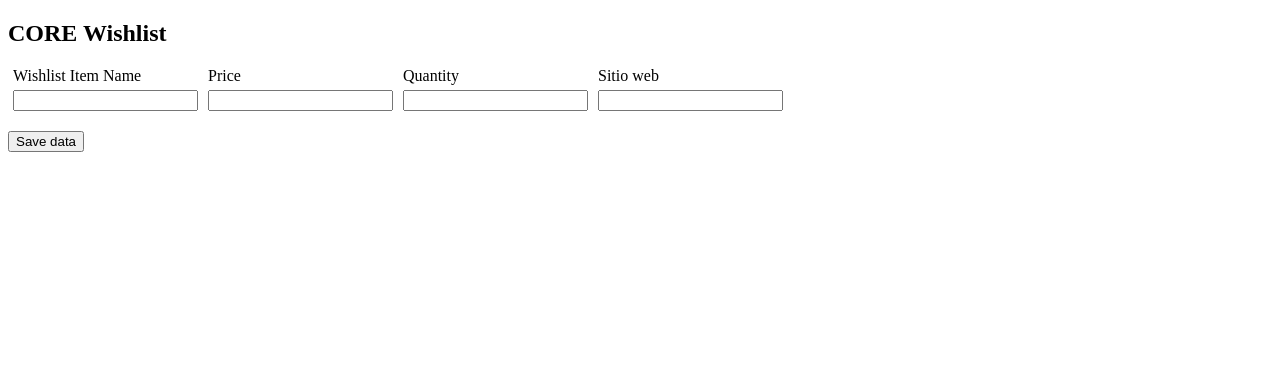
Repository: MrGPalo/pair-programming-corecode
Page: /
These files come from the project's save history. The page is drawn as it stood at one moment and after the next save; the edit follows.
The browser window is 1280 px wide. The pictures show the whole page.
The project was rebuilt for these pictures with package versions that can differ from the ones it lists, and the page was loaded fresh each time.

Above is the page before, as saved 2022-02-08 17:00:32.

### index.html
<!DOCTYPE html>
<html lang="en">
<head>
    <meta charset="UTF-8">
    <meta http-equiv="X-UA-Compatible" content="IE=edge">
    <meta name="viewport" content="width=device-width, initial-scale=1.0">
    <title>CORE Wishlist</title>
</head>
<body>
    <div id="root"></div>
    <script type="module" src="src/index.tsx"></script>
</body>
</html>

### src/index.tsx
import React from 'react';
import ReactDom from 'react-dom';
import {App} from './components/App';

ReactDom.render(<App/>, document.getElementById("root"));

### src/components/App.tsx
import React from "react";
import { AddItemForm } from "./forms/AddItemForm"
import { ItemsProvider } from "../hooks/useItems"

export const App = () => {
  return (
    <div>
      <h2>CORE Wishlist</h2>
      <ItemsProvider>
        <AddItemForm />
      </ItemsProvider>
    </div>
  );
};

### src/components/forms/AddItemForm.tsx
import React, { useState } from 'react';
import styled from 'styled-components';
import { useForm } from 'react-hook-form';
import { ItemsList } from '../ItemsList';
import { validate_url } from '../../lib/validate_url';

const GridForm = styled.div`
  display: flex;
  & > div {
    padding: 0 5px;
    p {
      margin: 0 0 5px 0;
    }
  }
`;

const ErrorMessageText = styled.p`
  margin: 0;
  color: red;
`;

const ErrorMessage = ({ field, state }) => {
  if (state.errors[field]) {
    return <ErrorMessageText>{state.errors[field].message}</ErrorMessageText>;
  } else {
    return <></>;
  }
};

export const AddItemForm = () => {
  const { register, handleSubmit, formState, reset, getValues } = useForm();

  const submit = handleSubmit(async (data) => {
    console.log('SUBMITING FORM', data);
    //reset()
  });

  return (
    <form onSubmit={submit}>
      <GridForm>
        <div>
          <p>Wishlist Item Name</p>
          <input
            type="text"
            {...register('item', { required: 'Indica el nombre del artículo' })}
          />
          <ErrorMessage state={formState} field="item" />
        </div>
        <div>
          <p>Price</p>
          <input
            type="number"
            {...register('price', {
              required: 'Indica el precio del artículo',
            })}
          />
          <ErrorMessage state={formState} field="price" />
        </div>
        <div>
          <p>Quantity</p>
          <input
            type="number"
            {...register('quantity', {
              required: 'Indica la cantidad del artículo',
            })}
          />
          <ErrorMessage state={formState} field="quantity" />
        </div>
        <div>
          <p>Sitio web</p>
          <input
            type="url"
            {...register('web', { required: 'Indica la web del artículo' })}
          />
          <ErrorMessage state={formState} field="web" />
        </div>
      </GridForm>
      <div style={{ marginTop: 20 }}>
        <button
          onClick={() => {
            const values = getValues();
            console.log('Values', values);
            validate_url(values.web);
          }}
        >
          Save data
        </button>
      </div>
    </form>
  );
};

### src/hooks/useItems.tsx
import React, { useState, useContext } from "react";
import { v4 as uuidv4 } from "uuid"; // IMPORTANTE

const ItemsContext = React.createContext();

export const useItems = () => {
  const { items, addItem } = useContext(ItemsContext);
  const hasItem = (itm) => {
    items.filter((e) => e.item === itm).length > 0
  }

  return {
    items,
    add_item: (item) => { },
    clear: () => { },
    delete_item: (id: string) => { },
  };
};

export const ItemsProvider: React.FC<{ children: React.Node }> = ({
  children,
}) => {
  const [items, setItems] = useState([]);
  const addItem = (item) => {
    console.log('Adding item', item);
    setItems([...items, item]);
  };

  return (
    <ItemsContext.Provider value={{ items, addItem }}>
      {children}
    </ItemsContext.Provider>
  );
};

### src/lib/validate_url.ts
import axios from "axios"; // IMPORTANTE

export const validate_url = async (url: string): Promise<boolean> => {
  try {
    axios.get(url);
    return true;
  }
  catch (error) {
    return false;
  }
};

### src/components/ItemsList.tsx
import React from 'react';
import styled from 'styled-components';
import { v4 as uuidv4 } from 'uuid';

const Box = styled.div`
  border: 1px solid red;
  padding: 10px;
  margin: 5px 0;
  p {
    margin: 0;
  }
`;

export const Item = ({ item: { id, item, price, quantity, web } }) => {
  return (
    <Box>
      <p>
        <b>Item name:</b> {item} (id:{(id = uuidv4())})
      </p>
      <p>
        <b>Price:</b> {price}
      </p>
      <p>
        <b>Quantity:</b> {quantity}
      </p>
      <p>
        <b>Web:</b> <a href={web}>{web}</a>
      </p>
      <button onClick={() => console.log(`delete ${id}`)}>
        Delete this item
      </button>
    </Box>
  );
};

export const ItemsList = ({ onAddItem }) => {
  console.log('Hola', onAddItem);
  console.log('UUIDV4', uuidv4());
  return (
    <div>
      <button type="button" onClick={() => console.log('clear list')}>
        Clear List
      </button>
      <p>There are 0 items in the list</p>
      <Item item={onAddItem} />
    </div>
  );
};

After the next save:
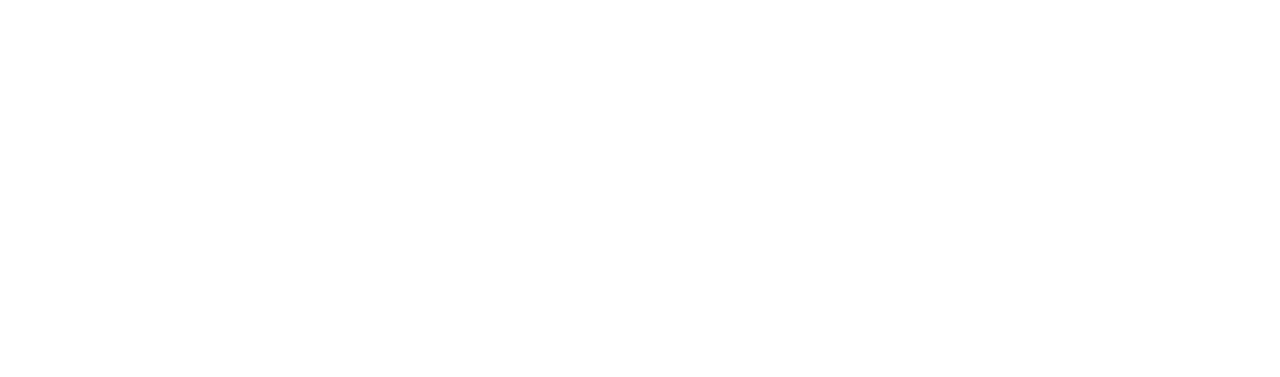
Console error: ReferenceError: ItemsList is not defined
Saved 15 s later.
--- a/src/components/App.tsx
+++ b/src/components/App.tsx
@@ -1,6 +1,6 @@
-import React from "react";
-import { AddItemForm } from "./forms/AddItemForm"
-import { ItemsProvider } from "../hooks/useItems"
+import React from 'react';
+import { AddItemForm } from './forms/AddItemForm';
+import { ItemsProvider } from '../hooks/useItems';
 
 export const App = () => {
   return (
@@ -8,6 +8,9 @@
       <h2>CORE Wishlist</h2>
       <ItemsProvider>
         <AddItemForm />
+        <div>
+          <ItemsList onAddItem={getValues()} />
+        </div>
       </ItemsProvider>
     </div>
   );

After the 3 saves that followed:
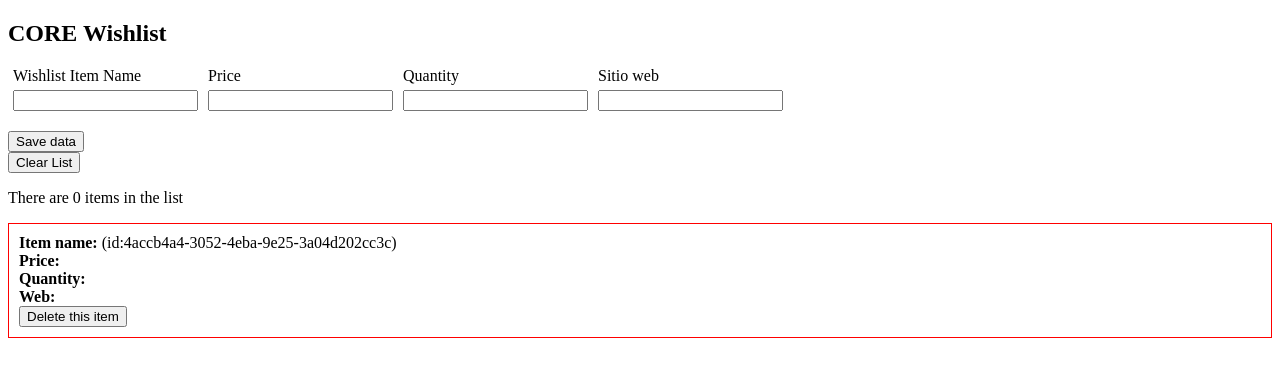
The error is gone.
The 3 saves are shown as one change because 2 left the picture as it was.
The last was saved 13 min 8 s later.
--- a/src/components/App.tsx
+++ b/src/components/App.tsx
@@ -1,6 +1,7 @@
 import React from 'react';
 import { AddItemForm } from './forms/AddItemForm';
 import { ItemsProvider } from '../hooks/useItems';
+import { ItemsList } from './ItemsList';
 
 export const App = () => {
   return (
@@ -8,9 +9,6 @@
       <h2>CORE Wishlist</h2>
       <ItemsProvider>
         <AddItemForm />
-        <div>
-          <ItemsList onAddItem={getValues()} />
-        </div>
       </ItemsProvider>
     </div>
   );
--- a/src/components/forms/AddItemForm.tsx
+++ b/src/components/forms/AddItemForm.tsx
@@ -86,6 +86,9 @@
           Save data
         </button>
       </div>
+      <div>
+        <ItemsList onAddItem={getValues()} />
+      </div>
     </form>
   );
 };
